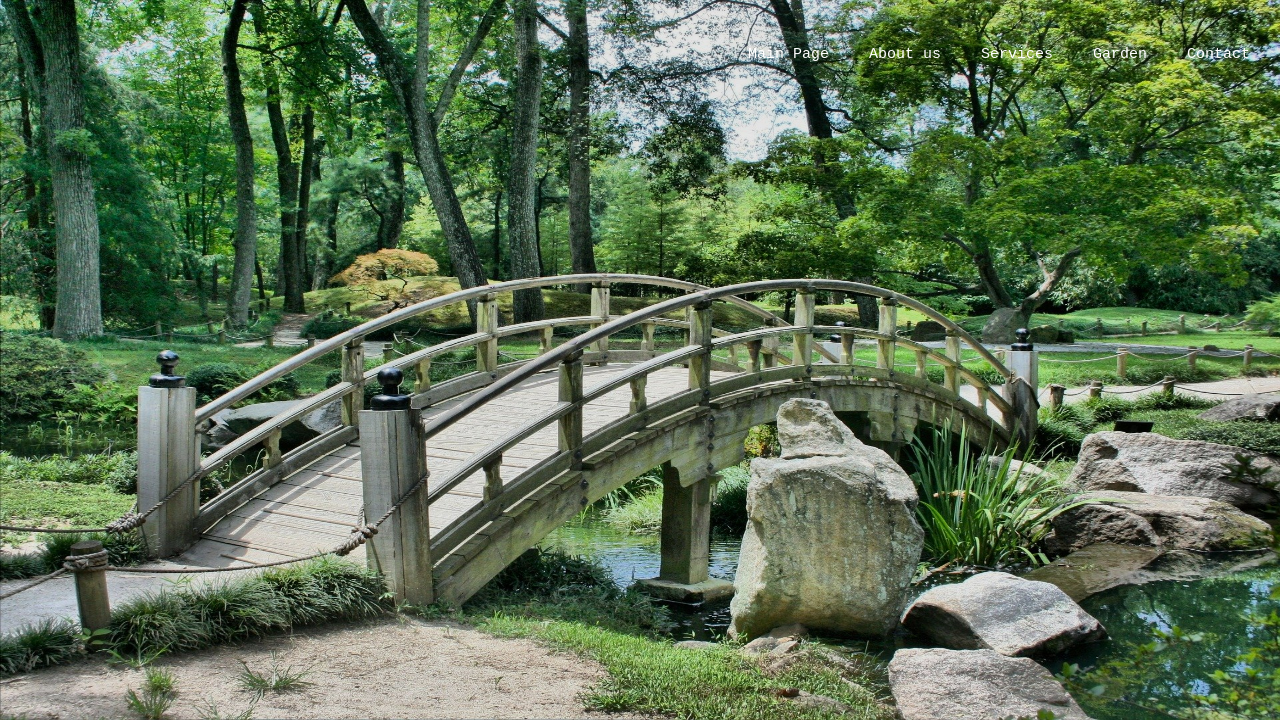
Repository: PatryxB/garden
Page: http://localhost/
An editor plug-in stored every save of this project. The page is shown before and after the next save, followed by the edit.
The browser window is 1280 px wide. The pictures show the whole page.
Some web fonts or font styles are not loaded; a fallback is used. The page is served by the project's Laravel application, run on PHP 8.4 with Laravel 8. Other server files are loaded and not shown. Style sheets and scripts are compiled from the project's sources, by tool versions that may differ from the author's.

Above is the page before, as saved 2020-05-01 21:16:42.

### resources/views/welcome.blade.php
<!DOCTYPE html>
<html lang="{{ str_replace('_', '-', app()->getLocale()) }}">
    <head>
        <meta charset="utf-8">
        <meta name="viewport" content="width=device-width, initial-scale=1">

        <title>Garden</title>

        <!-- Fonts -->
        <link href="https://fonts.googleapis.com/css?family=Nunito:200,600" rel="stylesheet">
        <link rel="stylesheet" href="/css/app.css">

    <body>

        <nav>
            <ul>
                <li><a href="">Main Page</a></li>
                <li><a href="">About us</a></li>
                <li><a href="">Services</a></li>
                <li><a href="">Garden</a></li>
                <li><a href="">Contact</a></li>
            </ul>
        </nav>

        <div class="banner">
            <img src="{{url('/img/gardenbanner.jpg')}}" alt="">
        </div>

    </body>
</html>

### resources/sass/app.scss
@import url('https://fonts.googleapis.com/css2?family=Roboto+Mono&display=swap');
html, body{
    box-sizing: border-box;
    margin: 0;
    padding: 0;
    font-family: 'Roboto Mono', monospace;
}
nav{
    width: 100%;
    position: absolute;
    right: 15px;
    top: 15px;
    z-index: 999;
}
nav ul{
    display: flex;
    float: right;
}
nav ul li a{
    text-decoration: none;
    font-size: 15px;
    display: inline-block;
    background-color: transparent;
    color: white;
    padding: 15px;
    border-radius: 25px;
    margin-left: 10px;
    cursor:pointer;
    transition: all 0.2s ease-in-out;
}
li{
    list-style: none;
}
.banner img{
    width: 100%;
    height: 100vh;
    position: relative;
    filter: brightness(90%);
}

Loaded but not shown: routes/web.php (common file)

After the next save:
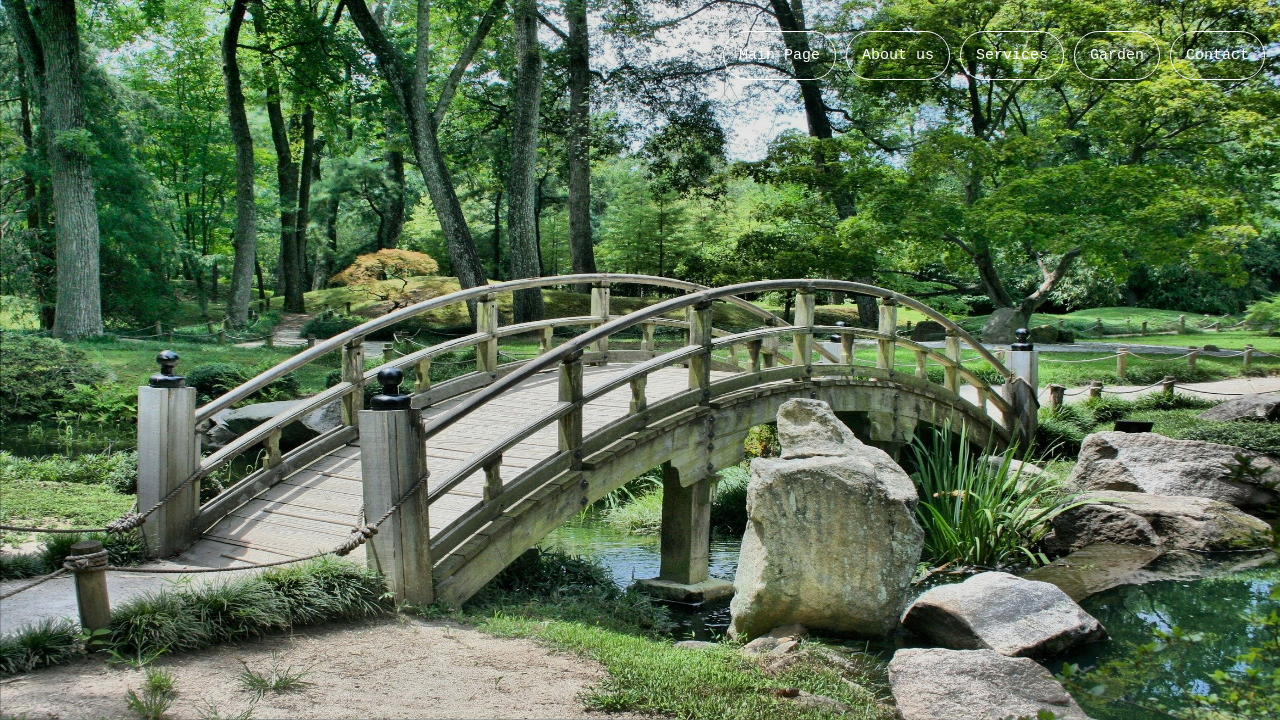
Saved 27 s later.
--- a/resources/sass/app.scss
+++ b/resources/sass/app.scss
@@ -22,6 +22,7 @@ nav ul li a{
     display: inline-block;
     background-color: transparent;
     color: white;
+    border: solid 1px white;
     padding: 15px;
     border-radius: 25px;
     margin-left: 10px;
